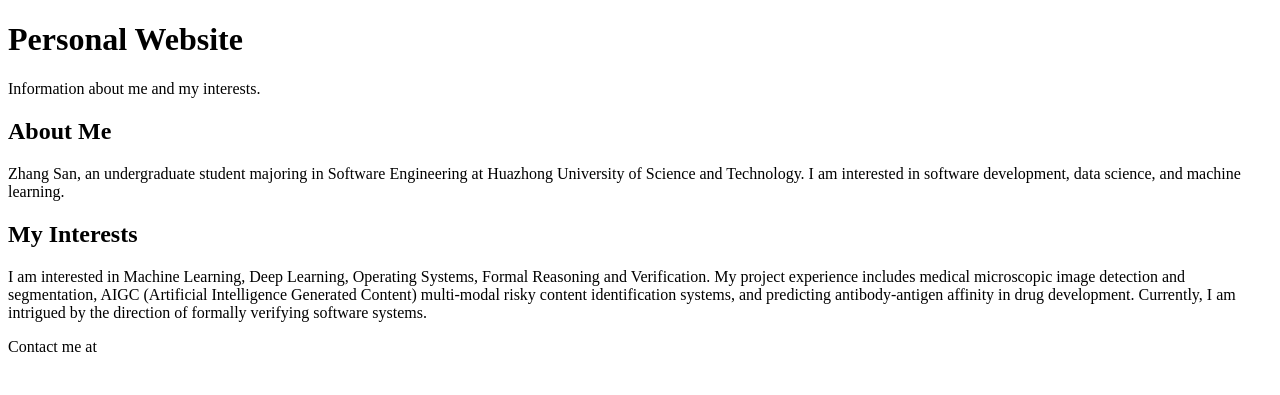
Repository: 1yellow-dog/rxH.github.io
Page: home.html
These files come from the project's save history. The page is drawn as it stood at one moment and after the next save; the edit follows.
The browser window is 1280 px wide. The pictures show the whole page.

Above is the page before, as saved 2024-08-07 21:42:18.

### home.html
<!DOCTYPE html>
<html>
<body>
<h1>Personal Website</h1>
<p>Information about me and my interests.</p>
<h2>About Me</h2>
<p>Zhang San, an undergraduate student majoring in Software Engineering at Huazhong University of Science and Technology. I am interested in software development, data science, and machine learning.</p>
<h2>My Interests</h2>
<p>I am interested in Machine Learning, Deep Learning, Operating Systems, Formal Reasoning and Verification.
     My project experience includes medical microscopic image detection and segmentation, AIGC (Artificial Intelligence Generated Content) multi-modal risky content identification systems, and predicting antibody-antigen affinity in drug development.
     Currently, I am intrigued by the direction of formally verifying software systems.</p>
<p>Contact me at <a href="mailto:<EMAIL>"><EMAIL></a></p>
</body>
</html>

After the next save:
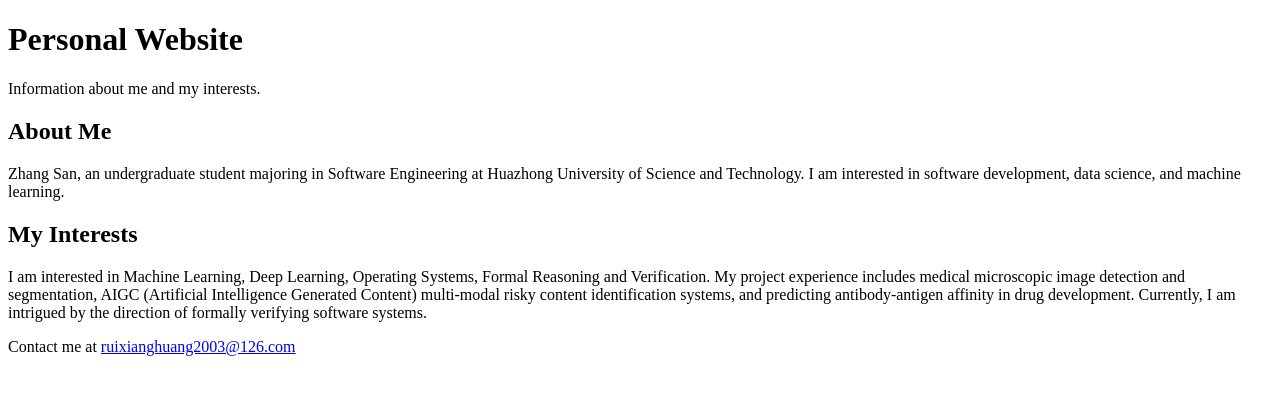
Saved 74 s later.
--- a/home.html
+++ b/home.html
@@ -9,6 +9,6 @@
 <p>I am interested in Machine Learning, Deep Learning, Operating Systems, Formal Reasoning and Verification.
      My project experience includes medical microscopic image detection and segmentation, AIGC (Artificial Intelligence Generated Content) multi-modal risky content identification systems, and predicting antibody-antigen affinity in drug development.
      Currently, I am intrigued by the direction of formally verifying software systems.</p>
-<p>Contact me at <a href="mailto:<EMAIL>"><EMAIL></a></p>
+<p>Contact me at <a href="mailto:ruixianghuang2003@126.com">ruixianghuang2003@126.com</a></p>
 </body>
 </html>
